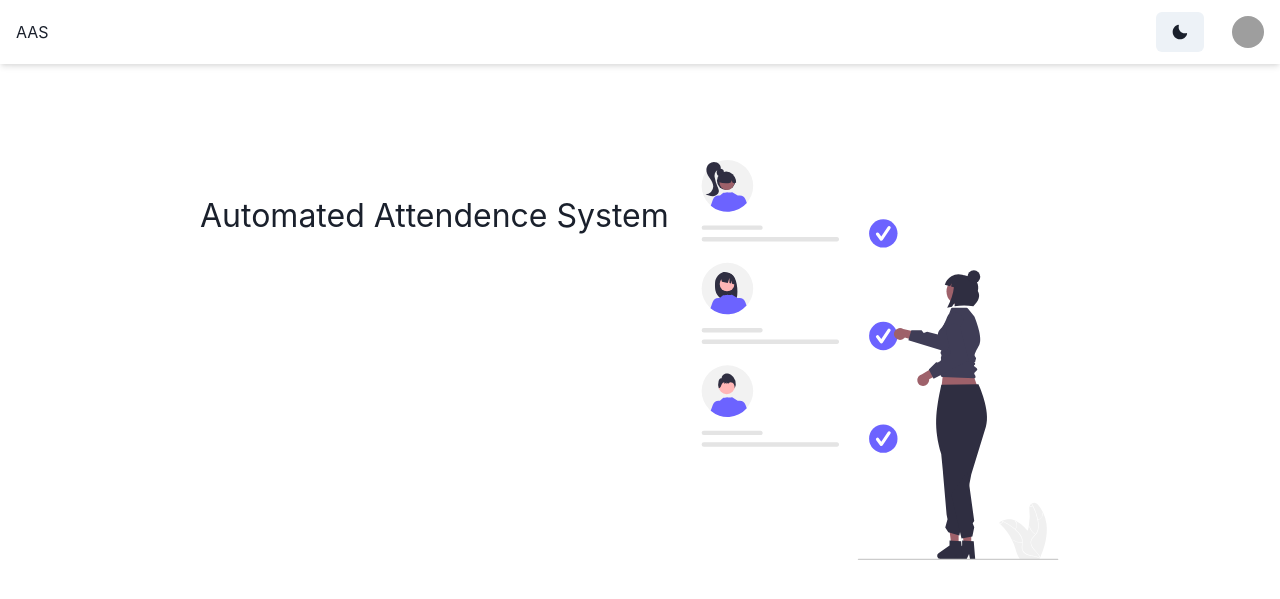
Repository: shash0708/attendence
Page: /
These files come from the project's save history. The page is drawn as it stood at one moment and after a run of saves; the edit follows.
The browser window is 1280 px wide. The pictures show the whole page.
Pictures or frames that could not be fetched are drawn as grey boxes. The project was rebuilt for these pictures with package versions that can differ from the ones it lists, and the page was loaded fresh each time. Also part of the build but not shown: src/App.css, src/components/Login/Login.component.jsx, src/components/Signup/Signup.component.jsx, src/routes/Authentication/Authentication.component.jsx.

Above is the page before, as saved 2024-04-06 19:48:02.

### src/index.js
import React from 'react';
import ReactDOM from 'react-dom/client';
import './index.css';
import App from './App';
import reportWebVitals from './reportWebVitals';
import { BrowserRouter } from 'react-router-dom';
import { ChakraProvider } from '@chakra-ui/react'

const root = ReactDOM.createRoot(document.getElementById('root'));
root.render(
  <React.StrictMode>
  <BrowserRouter>
<ChakraProvider>
    <App />
    </ChakraProvider>
    </BrowserRouter>

  </React.StrictMode>
);

// If you want to start measuring performance in your app, pass a function
// to log results (for example: reportWebVitals(console.log))
// or send to an analytics endpoint. Learn more: https://bit.ly/CRA-vitals
reportWebVitals();

### src/App.js
import './App.css';
import Home from './routes/Home/Home.component.jsx'
import { Routes,Route} from 'react-router-dom';
import Authentication from './routes/Authentication/Authentication.component';

function App() {
  return (
    <Routes>
    <Route index element={<Home/>}/>

    <Route path='auth' element={<Authentication/>}/>

    </Routes>
  );
}

export default App;

### src/routes/Home/Home.component.jsx
import React from 'react'
import { Outlet } from 'react-router-dom';
import Nav from '../../components/Navbar/Navbar.component';
import HomeProp from '../../components/homeProp/HomeProp.component';
const Home  = () => {
  return (
    <div>
       <Nav/>
       <HomeProp />
       <Outlet/>
    </div>
  )
}

export  default Home;

### client/src/components/Navbar/Navbar.component.jsx
'use client'

import {
  Box,
  Flex,
  Avatar,
  Text,
  Button,
  Menu,
  MenuButton,
  MenuList,
  MenuItem,
  MenuDivider,
  useDisclosure,
  useColorModeValue,
  Stack,
  useColorMode,
  Center,
} from '@chakra-ui/react'
import { MoonIcon, SunIcon } from '@chakra-ui/icons'
import { Link, Outlet } from 'react-router-dom';

const NavLink = (props) => {
  const { children } = props

  return (
    <Box
      as="a"
      px={2}
      py={1}
      rounded={'md'}
      _hover={{
        textDecoration: 'none',
        bg: useColorModeValue('gray.200', 'gray.700'),
      }}
      href={'#'}>
      {children}
    </Box>
  )
}

export default function Nav() {
  const { colorMode, toggleColorMode } = useColorMode();
  const { isOpen, onOpen, onClose } = useDisclosure();
  return (
    <div>
      <Box

        px={4}
        shadow="md"
        style={{ backdropFilter: 'blur(10px)' }} // Adds blur effect to the background
      >
        <Flex h={16} alignItems={'center'} justifyContent={'space-between'}>
          <Box>
          <Link to="/">AAS</Link>

          </Box>

          <Flex alignItems={'center'}>
            <Stack direction={'row'} spacing={7}>
              <Button onClick={toggleColorMode}>
                {colorMode === 'light' ? <MoonIcon /> : <SunIcon />}
              </Button>

              <Menu>
                <MenuButton
                  as={Button}
                  rounded={'full'}
                  variant={'link'}
                  cursor={'pointer'}
                  minW={0}>
                  <Avatar
                    size={'sm'}
                    src={'https://avatars.dicebear.com/api/male/username.svg'}
                  />
                </MenuButton>
                <MenuList alignItems={'center'} shadow="lg">
                  <br />
                  <Center>
                    <Avatar
                      size={'2xl'}
                      src={'https://avatars.dicebear.com/api/male/username.svg'}
                    />
                  </Center>
                  <br />
                  <Center>
                    <p>Username</p>
                  </Center>
                  <br />
                  <MenuDivider />
                  <MenuItem>Your Servers</MenuItem>
                  <MenuItem>Account Settings</MenuItem>
                  <MenuItem>Logout</MenuItem>
                </MenuList>
              </Menu>
            </Stack>
          </Flex>
        </Flex>
      </Box>
      <Outlet />
    </div>
  );
}

### src/components/homeProp/HomeProp.component.jsx
import React, { Fragment } from 'react'
import { ReactComponent as HomeLogo } from '../../assests/home.svg'
import './HomeProp.styles.scss';
const HomeProp= () => {
  return (
    <Fragment>
<div className='text'>
    <h1>Automated Attendence  System</h1>
    </div>
      <HomeLogo className='home-prop'/>
    </Fragment>
  )
}

export default HomeProp;

### src/components/homeProp/HomeProp.styles.scss
// Use variables to style your logo
.home-prop{
  width: 1000px;
  height: 400px;  // Add other styling properties as needed
  position: fixed;
  top: 50%; // Adjust as needed
  right: -100px; // Adjust as needed
  transform: translateY(-50%);
}

.text{
  font-size: xx-large;
  position: fixed;
  top: 30%; // Adjust as needed
  left: 200px; // Adjust as needed
  transform: translateY(-50%);
}

Loaded but not shown: public/index.html (common file); src/index.css (common file); src/reportWebVitals.js (common file)

After the next 4 saves:
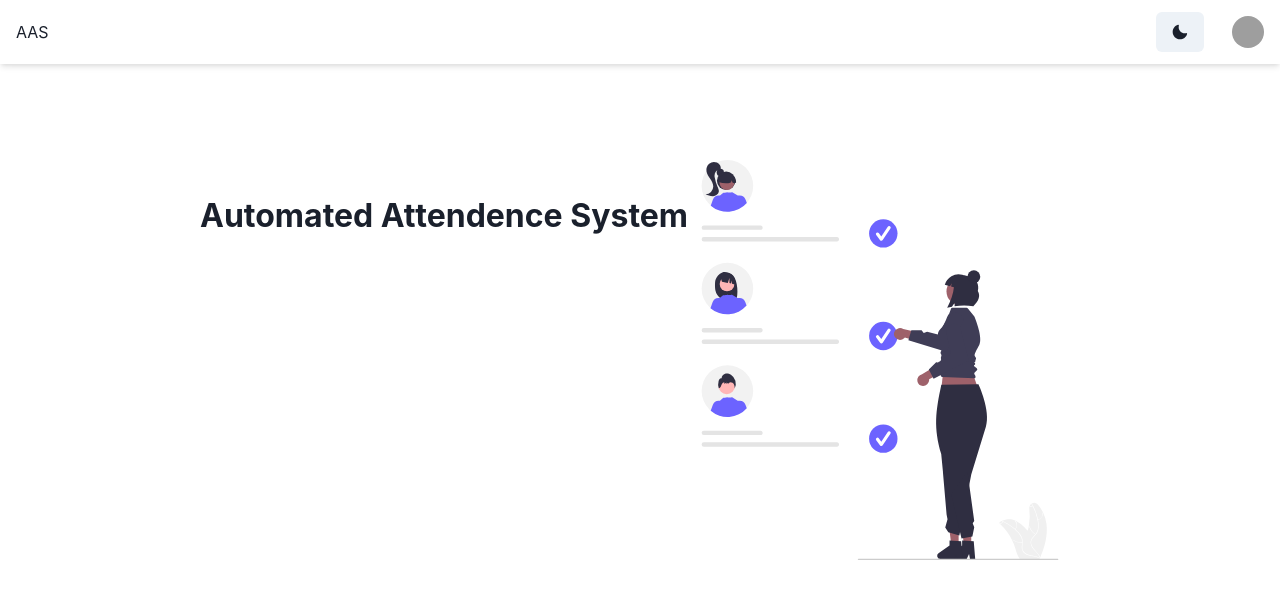
The 4 saves are shown as one change because 1 did not build or start and some came seconds apart.
The last was saved 65 s later.
--- a/src/components/homeProp/HomeProp.styles.scss
+++ b/src/components/homeProp/HomeProp.styles.scss
@@ -10,6 +10,7 @@
 
 .text{
   font-size: xx-large;
+  font-weight: bolder;
   position: fixed;
   top: 30%; // Adjust as needed
   left: 200px; // Adjust as needed
